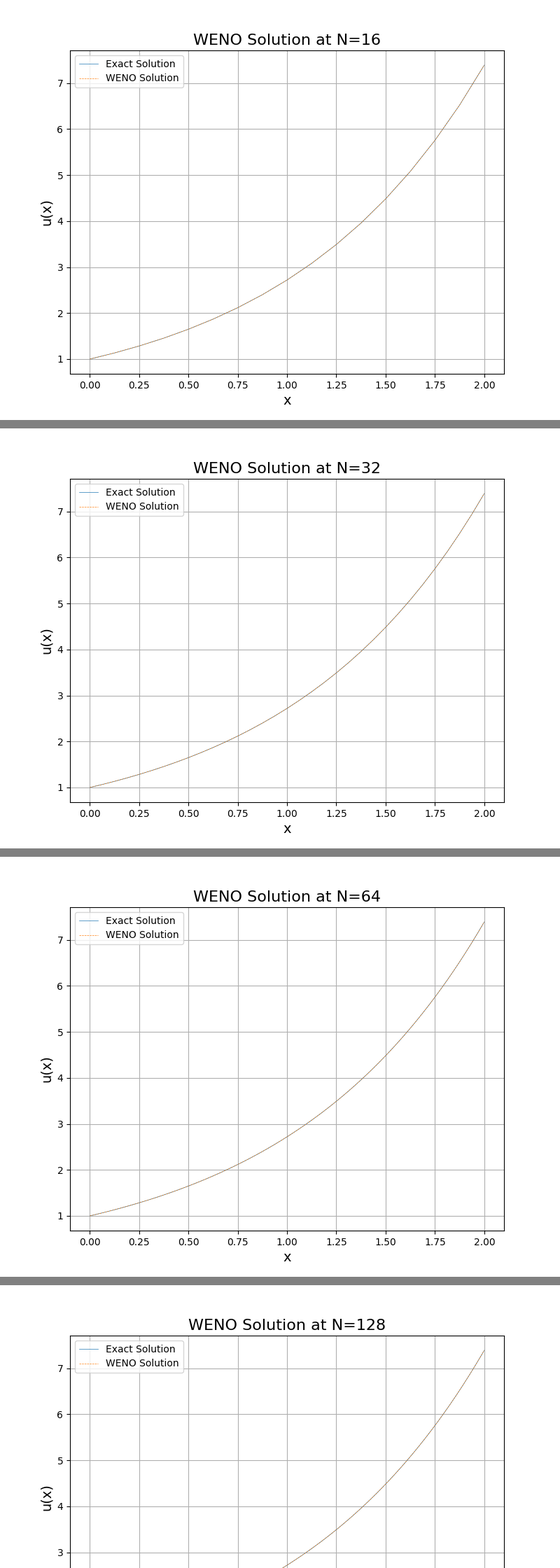
Repository: mishiroo/WENO
Script's output: python main.py
These files come from the project's save history. The script's output is drawn as it stood at one moment and after the next save; the edit follows.
The pictures show rows 0 to 2240 of an output 3048 px tall, at 70% of full size.
Each picture stacks the figures in order, with grey between them; figures that are only written to a file come last. Random numbers start from a fixed seed.

Above is the script's output before, as saved 2024-12-12 21:17:48.

After the next save:
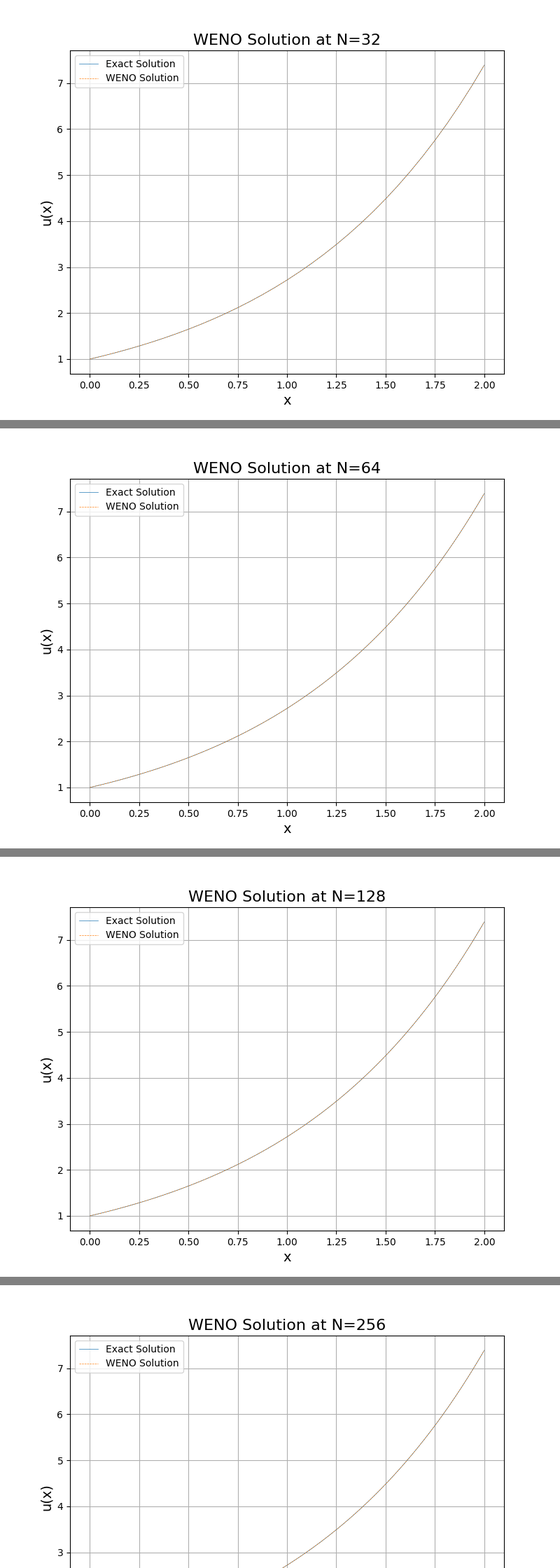
Saved 9 s later.
--- a/main.py
+++ b/main.py
@@ -4,7 +4,7 @@
 
 # 计算误差阶
 # N: Num of cells 网格密度太大 机器误差会影响收敛
-NList = [16, 32, 64, 128, 256]
+NList = [32, 64, 128, 256]
 # 存储计算结果
 l2_err_list = []
 linf_err_list = []
